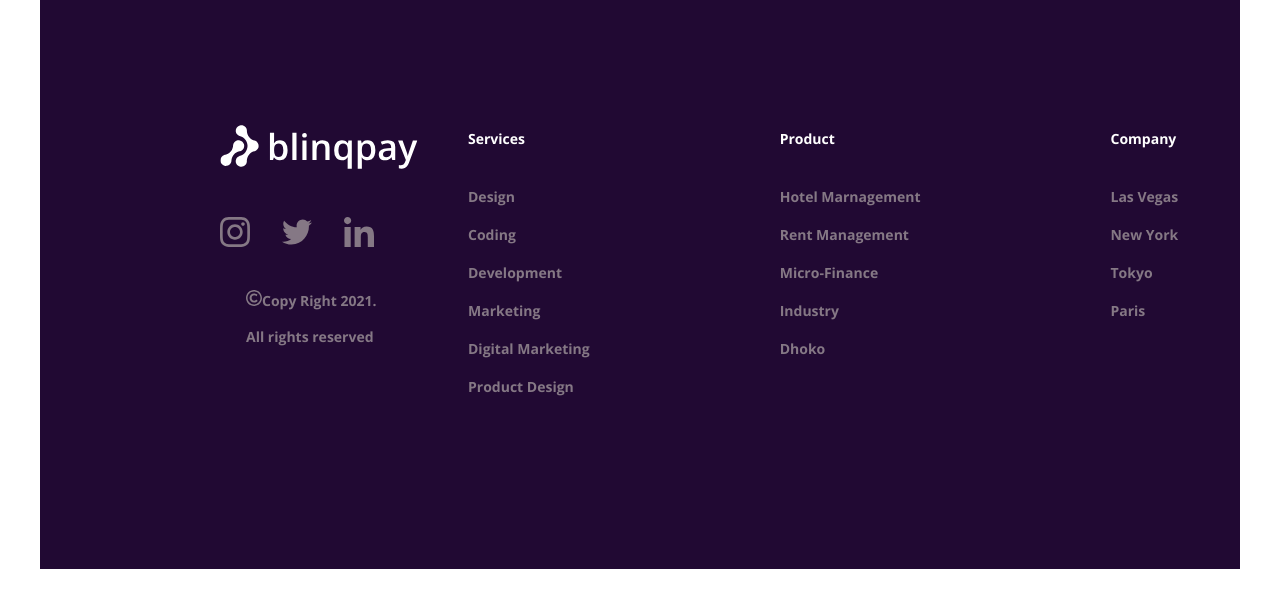
Repository: jabbarbergenoov/mobile-bling-py
Page: idnex.html
These files come from the project's save history. The page is drawn as it stood at one moment and after the next save; the edit follows.
The browser window is 1280 px wide. The pictures show the whole page.

Above is the page before, as saved 2025-04-17 19:08:21.

### idnex.html
<!DOCTYPE html>
<html lang="en">
<head>
    <meta charset="UTF-8">
    <meta name="viewport" content="width=device-width, initial-scale=1.0">
    <title>Document</title>
    <link rel="stylesheet" href="./style/styl.css">
</head>
<body>
    <header class="arslan">

    </header>
    <main>
        <section class="chingiz"></section>
        <section class="ulugbek"></section>
        <section class="bekzad"></section>
        <section class="maftuna"></section>
        <section class="aydos"></section>
    </main>
    <footer class="behruz">
        <div class="container">
            <div class="footer">
                <div class="boxa">
                  <img src="./images/Logo.svg" alt="" class="iimg">
                  <div class="df">
                  <img src="./images/insta.svg" alt="" class="insta">
                  <img src="./images/twiter.svg" alt="" class="twiter">
                  <img src="./images/in.svg" alt="" class="in">
                  </div>
                  <div class="gh">

                  <p class="ssd"><img src="./images/c.svg" alt="" class="iimg2">Copy Right 2021. <br><br>All rights reserved</p>
                  </div>
                </div>
                <div class="boxes">
                <div class="boxb">
                  <h2 class="word">Services</h2>
                  <p class="texts">Design</p>
                  <p class="texts">Coding</p>
                  <p class="texts">Development</p>
                  <p class="texts">Marketing</p>
                  <p class="texts">Digital Marketing</p>
                  <p class="texts">Product Design</p>
                </div>
                <div class="boxb">
                  <h2 class="word">Product</h2>
                  <p class="texts">Hotel Marnagement</p>
                  <p class="texts">Rent Management</p>
                  <p class="texts">Micro-Finance</p>
                  <p class="texts">Industry</p>
                  <p class="texts">Dhoko</p>
                </div>
                <div class="boxb">
                  <h2 class="word">Company</h2>
                  <p class="texts">Las Vegas</p>
                  <p class="texts">New York</p>
                  <p class="texts">Tokyo</p>
                  <p class="texts">Paris</p>
                </div>
                </div>
              </div>
            </div>
    </footer>
</body>
</html>

### style/styl.css
@import url(https://fonts.googleapis.com/css?family=Open+Sans:300,regular,500,600,700,800,300italic,italic,500italic,600italic,700italic,800italic);
* {
    margin: 0;
    padding: 0;
    box-sizing: border-box;
}
.container {
    padding: 0 15;
    width: 1200px;
    margin: 0 auto;
}
.footer {
    height: 689px;
    background: rgb(33, 9, 51);
    position: relative;
    bottom: 120px;
    display: flex;
    gap: 50px;
  }
  .iimg {
    padding-top: 242px;
    padding-left: 180px;
  }
  .df {
    display: flex;
    gap: 32px;
    padding-left: 180px;
    padding-top: 42px;
  }
  .gh {
    display: flex;
    gap: 2px;
    padding-left: 206px;
    padding-top: 43px;
  }

  .ssd {
    color: rgb(133, 120, 133);
    font-size: 14px;
    font-weight: 700;
    line-height: 128.6%;
    letter-spacing: 4%;
    font-family: Open Sans;
  }
  .word {
    color: rgb(255, 255, 255);
    font-size: 14px;
    font-weight: 700;
    line-height: 128.6%;
    letter-spacing: 4%;
    text-align: left;
    padding-bottom: 20px;
    font-family: Open Sans;

  }
  .texts {
    color: rgb(133, 120, 133);
    font-family: Open Sans;
    font-size: 14px;
    font-weight: 700;
    line-height: 128.6%;
    padding-top: 20px;
  }
  .boxb{
    padding-top: 250px;
  }
  .boxes{
    display: flex;
    gap: 190px;

  }

After the next save:
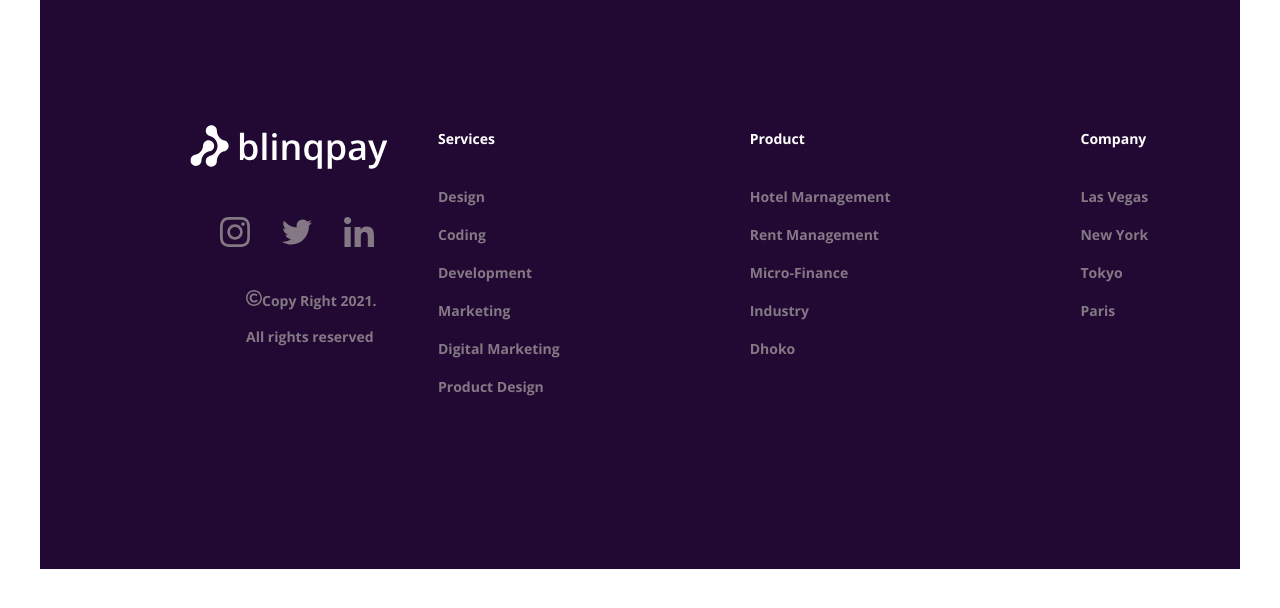
Saved 10 s later.
--- a/style/styl.css
+++ b/style/styl.css
@@ -19,7 +19,7 @@
   }
   .iimg {
     padding-top: 242px;
-    padding-left: 180px;
+    padding-left: 150px;
   }
   .df {
     display: flex;
